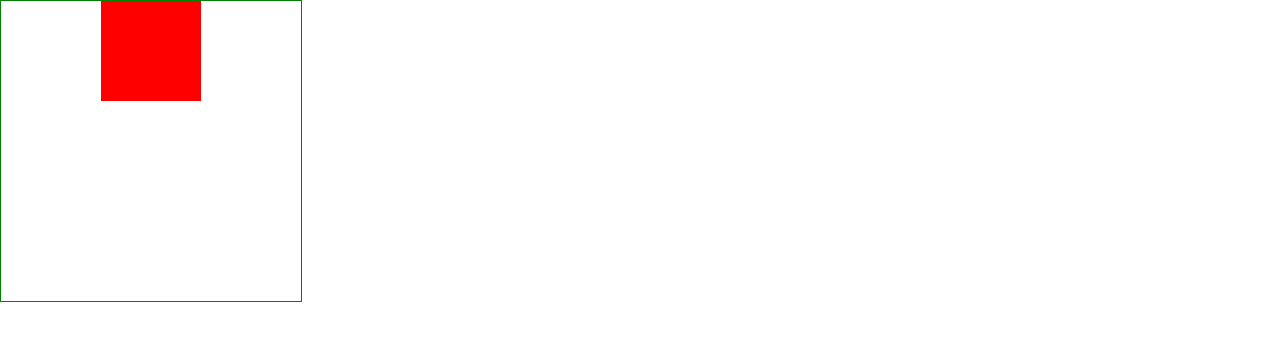
Repository: 319226862/wyy
Page: JavaScript/center.html
An editor plug-in stored every save of this project. The page is shown before and after the next save, followed by the edit.
The browser window is 1280 px wide. The pictures show the whole page.

Above is the page before, as saved 2023-07-26 09:45:17.

After the next save:
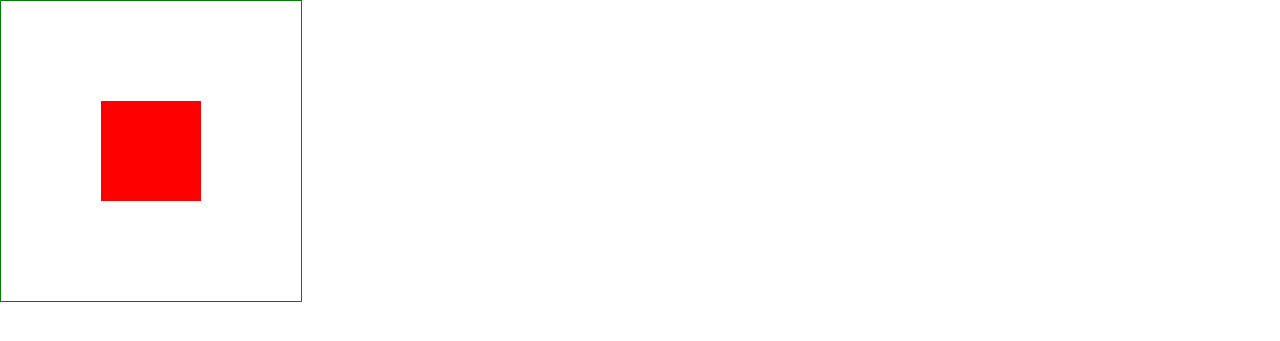
Saved 8 s later.
--- a/JavaScript/center.html
+++ b/JavaScript/center.html
@@ -15,9 +15,9 @@
             border: 1px solid green;
             display: grid;
             justify-items: center;
+            align-items: center;
         }
         #box{
-            /* align-items: center; */
             width: 100px;
             height: 100px;
             background-color: red;
